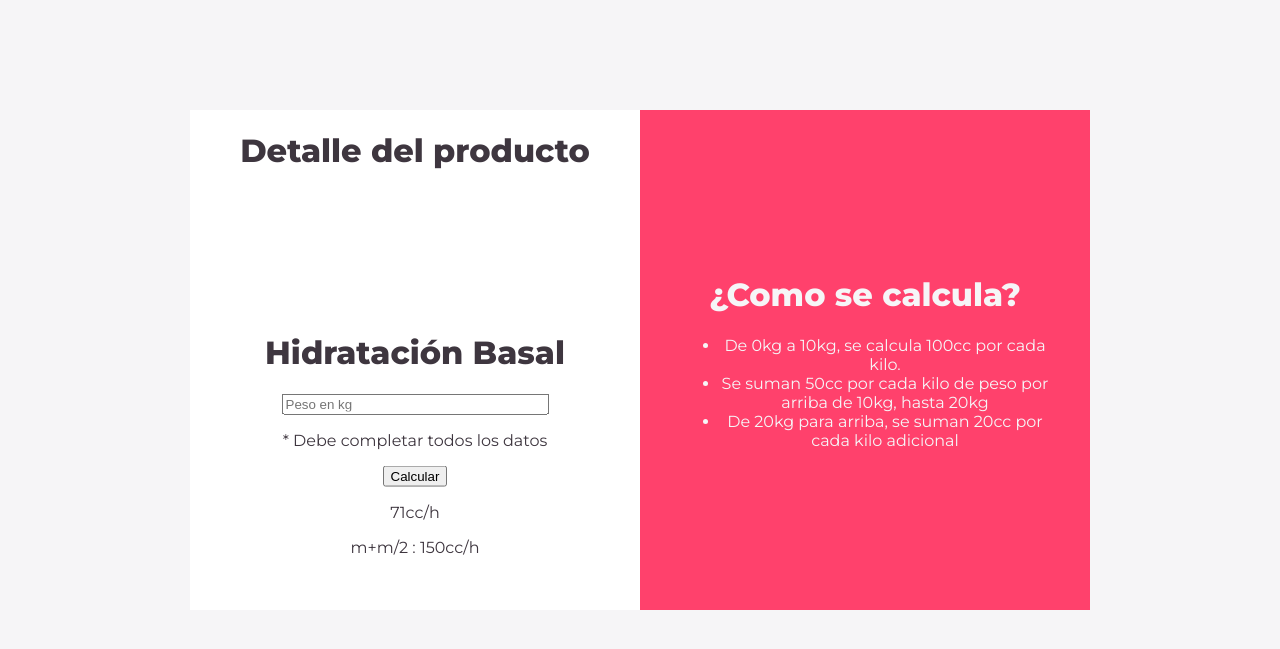
Repository: Fredy452/calculadora_basal
Page: index.html
An editor plug-in stored every save of this project. The page is shown before and after the next save, followed by the edit.
The browser window is 1280 px wide. The pictures show the whole page.

Above is the page before, as saved 2023-04-21 07:45:13.

After the next save:
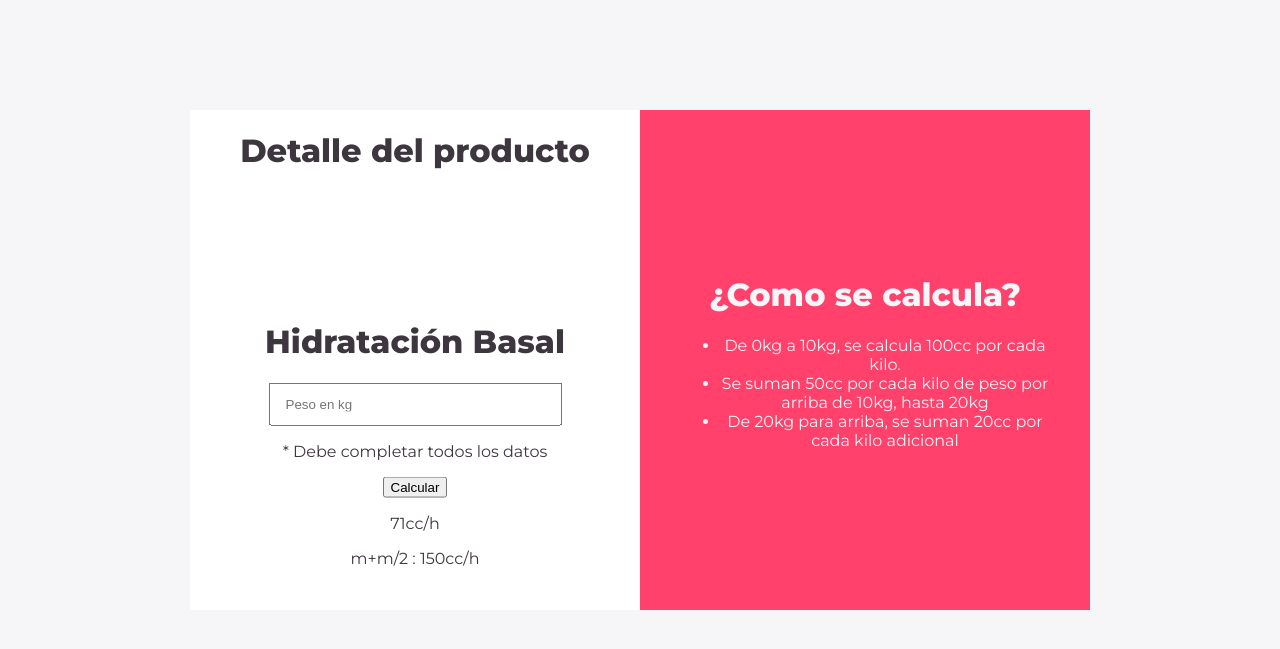
Saved 36 s later.
--- a/style.css
+++ b/style.css
@@ -36,4 +36,5 @@ body{
 }
 input{
     width: 70%;
+    padding: 12px 15px;
 }
